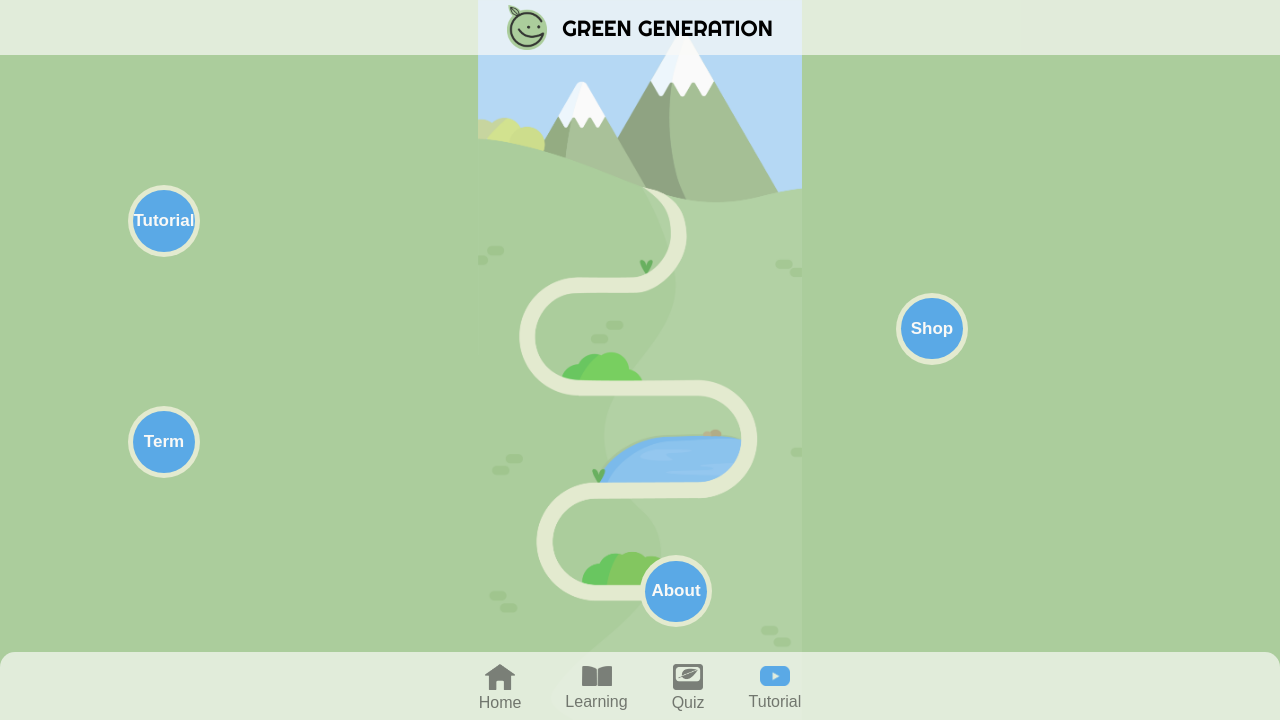
Repository: Sebin-Leeee/green-generation
Page: /more
An editor plug-in stored every save of this project. The page is shown before and after the next save, followed by the edit.
The browser window is 1280 px wide. The pictures show the whole page.
Some web fonts or font styles are not loaded; a fallback is used. The project was rebuilt for these pictures with package versions that can differ from the ones it lists, and the page was loaded fresh each time. The framework's server and built-in components were replaced by stand-ins that run in the browser. Also part of the build but not shown: next.config.js.

Above is the page before, as saved 2023-04-17 16:00:39.

### pages/more.js
import TopBar from "@/components/TopBar"
import NavBarTutorial from "@/components/NavBar/Tutorial"
import Head from "next/head"
import Link from "next/link"
import styles from '../styles/More.module.css'
import Image from "next/image"
export default function More() {


    return (
        <>
            <Head>
                <title>GREEN GENERATION</title>
                <meta name="Learning" content="Green Generation - More" />
                <meta name="viewport" content="width=device-width, initial-scale=1" />
                <link rel="icon" href="/logo.png" />
            </Head>
            <main className={styles.main}>
                <TopBar />
                <div className={styles.main__container}>
                    <div className={styles.grid__item__1}>
                        <div className={styles.btn__container}>
                            <div className={`${styles.btn__circle} ${styles.first}`}>
                                <Link href="tutorialHome">Tutorial</Link>
                            </div>
                        </div>
                    </div>
                    <div className={styles.grid__item__2}>
                        <div className={styles.btn__container}>
                            <div className={`${styles.btn__circle} ${styles.first}`}>
                                <Link href="shop">Shop</Link>
                            </div>
                        </div>
                    </div>
                    <div className={styles.grid__item__3}>
                        <div className={styles.btn__container}>
                            <div className={`${styles.btn__circle} ${styles.first}`}>
                                <Link href="">Term</Link>
                            </div>
                        </div>
                    </div>
                    <div className={styles.grid__item__4}>
                        <div className={styles.btn__container}>
                            <div className={`${styles.btn__circle} ${styles.first}`}>
                                <Link href="">About</Link>
                            </div>
                        </div>
                    </div>

                </div>

                <NavBarTutorial />
            </main>
        </>
    )
}

### styles/globals.css
@import url('https://fonts.googleapis.com/css2?family=Righteous&family=Sofia+Sans:ital,wght@0,100;0,300;0,400;0,500;0,600;0,700;1,300;1,400;1,500;1,600&display=swap');


:root {
  background-color: var(--primary--green);
  font-family: 'Righteous', cursive;
  font-family: 'Sofia Sans', sans-serif;
 --primary--green:#ABCD9C;
 --frog--green:#7FA346;
 --accent--orange:#F7934C;
 --sky--blue:#5AA9E6;
 --dark--olive:#343633;
 --off--white:#FAF9F6;
 --off-white-60:rgba(250,249,246,0.6);
 --font-mono: 'Sofia Sans', sans-serif;
 --font-logo: 'Righteous', cursive;
 --color--green:#abcd9c;
 --color--frog-green: #7FA346;
 --color--olive:#343633;
 --color--orange:#f7934c;
 --color--blue:#5aa9e6;
 --color--lightgreen:#c7d59f;
 --color--shadow:rgba(52,54,51,0.4);
 --color--white:#faf9f6;
 --color--white-back:rgba(250, 249, 246, 0.69);
}
html,body{
  margin: 0;
}

* {
  box-sizing: border-box;
  padding: 0;
  margin: 0;
}

html,
body {
  max-width: 100vw;
  overflow-x: hidden;
}

body {
  color: rgb(var(--foreground-rgb));
  background: linear-gradient(
      to bottom,
      transparent,
      rgb(var(--background-end-rgb))
    )
    rgb(var(--background-start-rgb));
}

a {
  color: inherit;
  text-decoration: none;
}

h2{
  font-size: 22pt;
  font-family: var(--font-mono);
  font-weight: 700;
}
h3{
  font-family: var(--font-mono);
  font-weight: 700;
}

p{
  font-size: 18px;
  font-family: var(--font-mono);
  font-weight: 400;
}
button{
  font-family: var(--font-mono);
}

### components/TopBar/index.js
import styles from './TopBar.module.css'
import Image from 'next/image'
import logo from '../../public/logo.png'


export default function TopBar() {
  return (
      <>
          <div className={styles.container}>
             <Image src={logo}
                    width={40}/>
            <div className={styles.logo_text}>GREEN GENERATION</div>
          </div>
      </>
  )
}

### components/NavBar/Tutorial/index.js
import styles from '../Tutorial/NavBar.module.css'
import Image from 'next/image'
import homeIcon from '../../../public/navbar_icon/home.png'
import learnIcon from '../../../public/navbar_icon/learn.png'
import quizIcon from '../../../public/navbar_icon/quiz.png'
import tutorialIcon from '../../../public/navbar_icon/tutorial_blue.png'
import Link from 'next/link'
export default function NavBarTutorial() {
  return (
      <>
           <div className={styles.container}>
              <ul className={styles.icon_list}>
                  <li className={styles.icon_text}>
                      <Link href="/homepage"><Image src={homeIcon}
                          width={30}
                          height={26} /></Link>
                      <Link href="/homepage">Home</Link>
                  </li>

                  <li className={styles.icon_text}>
                      <Link href="/learningIntro"><Image className={styles.learn}
                          src={learnIcon}
                          width={30}
                          height={20} /></Link>

                      <Link href="/learningIntro">Learning</Link>
                  </li>

                  <li className={styles.icon_text}>
                      <Link href="/quiz"><Image src={quizIcon}
                          width={30}
                          height={26} /></Link>
                      <Link href="/quiz">Quiz</Link>
                  </li>

                  <li className={styles.icon_text}>
                      <Link href="/tutorialHome"><Image className={styles.tutorial}
                          src={tutorialIcon}
                          width={30}
                          height={20} /></Link>
                      <Link href="/tutorialHome">Tutorial</Link>
                  </li>
              </ul>
          </div>
      </>
  )
}

### styles/More.module.css
.main{
    background-image: url("../public/More-Background.png");
    background-repeat: no-repeat;
    background-size: contain;
    background-position: center;
    margin: 0;
    padding: 0;
    min-height: 100vh;

}
.main__container{
    display: grid;
    min-height: 83vh;
    grid-template-columns: 1fr;
    grid-template-rows: 43% 18% 19% 25%;
    color: var(--color--white);
    font-weight: bold;
    font-size: 1.0625rem;
}
.grid__item__1{
    display: flex;
    align-items: flex-end;
    padding-left: 10%;
}
.grid__item__2{
    display: flex;
    align-items: flex-end;
    padding-left: 70%;
}
.grid__item__3{
    display: flex;
    align-items: flex-end;
    padding-left: 10%;
}
.grid__item__4{
    display: flex;
    align-items: flex-end;
    padding-left: 50%;
}
.btn__container{
    background-color: #E3EACF;
    width: 10vh;
    height: 10vh;
    border-radius: 100%;
    display: flex;
    align-items: center;
    justify-content: center;
}

.btn__circle{
    background-color: var(--color--blue);
    width: 8.5vh;
    height: 8.5vh;
    border-radius: 100%;
    display: flex;
    align-items: center;
    justify-content: center;
}
.btn__circle:hover{
    background-color: var(--color--orange);
}

### components/TopBar/TopBar.module.css
.container{
    display: flex;
    justify-content: center;
    align-items: center;
    gap: 15px;
    background-color: var(--color--white-back);
    width: 100%;
    position: fixed;
    top: 0;
    padding-top: 5px;
    padding-bottom: 5px;

}

.logo_text{
    font-family: var(--font-logo);
    font-size: 22px;
}

### components/NavBar/Tutorial/NavBar.module.css
.container{
    background-color: var(--color--white-back);
    width: 100%;
    padding-left: 20px;
    padding-right: 20px;
    padding-bottom: 8px;
    padding-top: 12px;
    position: fixed;
    bottom : 0;
    border-radius: 15px 15px 0 0;
}
.icon_list{
    list-style: none;
    display: flex;
    align-items: center;
    justify-content: center;
    gap: 44px;
    font-family: var(--font-mono);
    color: var(--color--olive);
}

.icon_text{
    display: flex;
    flex-direction: column;
    justify-content: center;
    align-items: center;
    font: 14px;
    color: rgba(0,0,0,0.5);
}

.learn,
.tutorial{
    margin-bottom: 3px;
}

Loaded but not shown: pages/_app.js (common file); pages/_document.js (common file)

After the next save:
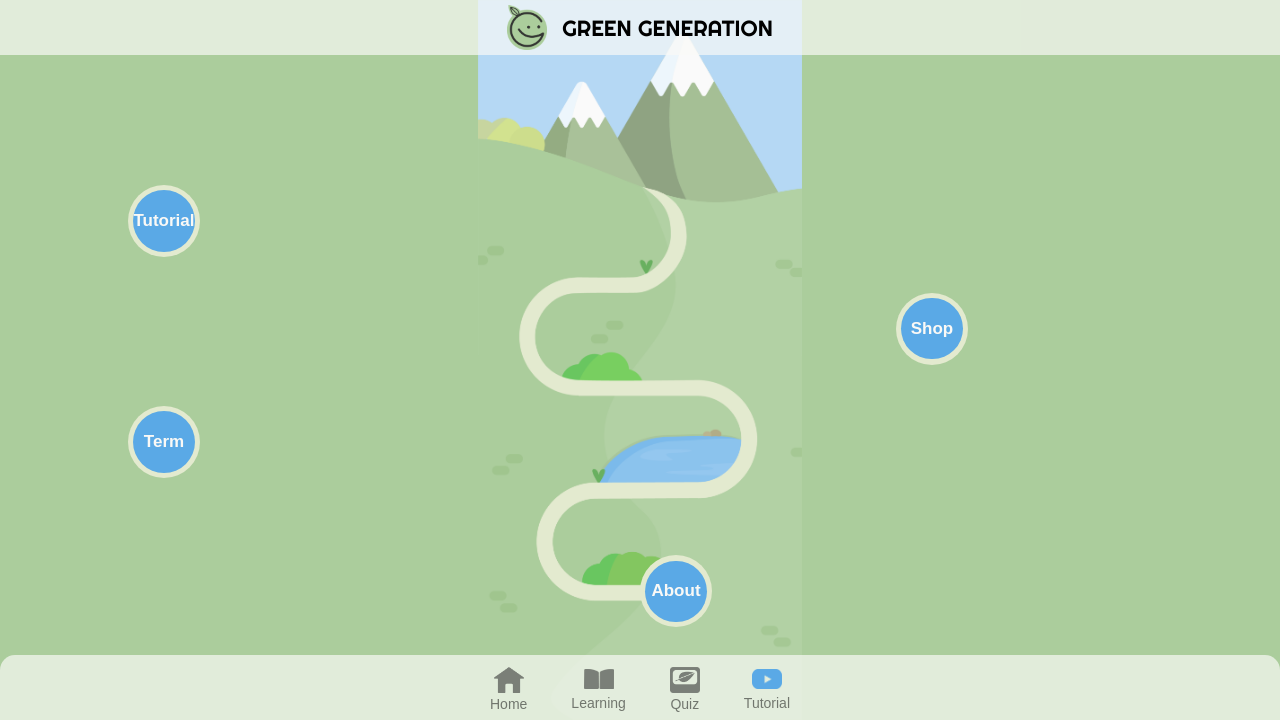
Saved 2 min 5 s later.
--- a/components/NavBar/Tutorial/NavBar.module.css
+++ b/components/NavBar/Tutorial/NavBar.module.css
@@ -1,34 +1,37 @@
 .container{
     background-color: var(--color--white-back);
-    width: 100%;
-    padding-left: 20px;
-    padding-right: 20px;
-    padding-bottom: 8px;
-    padding-top: 12px;
-    position: fixed;
-    bottom : 0;
-    border-radius: 15px 15px 0 0;
-}
-.icon_list{
-    list-style: none;
-    display: flex;
-    align-items: center;
-    justify-content: center;
-    gap: 44px;
-    font-family: var(--font-mono);
-    color: var(--color--olive);
-}
+       width: 100%;
+       padding-left: 20px;
+       padding-right: 20px;
+       padding-bottom: 8px;
+       padding-top: 12px;
+       position: fixed;
+       bottom : 0;
+       border-radius: 15px 15px 0 0;
 
-.icon_text{
-    display: flex;
-    flex-direction: column;
-    justify-content: center;
-    align-items: center;
-    font: 14px;
-    color: rgba(0,0,0,0.5);
-}
+   }
+   .icon_list{
+       list-style: none;
+       display: flex;
+       align-items: center;
+       justify-content: center;
+       gap: 44px;
+       font-family: var(--font-mono);
+       color: var(--color--olive);
+   }
 
-.learn,
-.tutorial{
-    margin-bottom: 3px;
-}
+   .icon_text{
+       display: flex;
+       flex-direction: column;
+       justify-content: center;
+       align-items: center;
+
+       font-size: 14px;
+       color: rgba(0,0,0,0.5);
+
+   }
+
+   .learn,
+   .tutorial{
+       margin-bottom: 3px;
+   }
